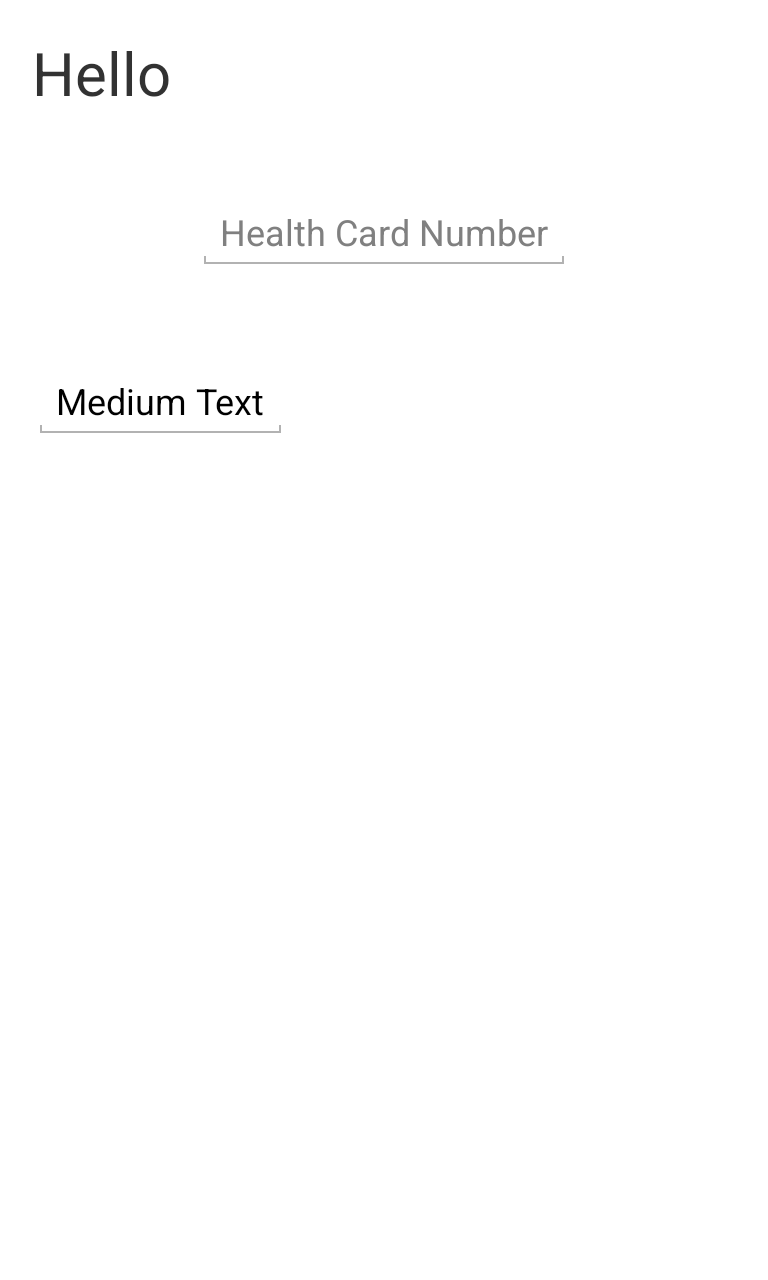
Repository: wangyuan0915/ER
Layout: workspace2/phase3/res/layout/activity_check_time.xml
These files come from the project's save history. The layout is drawn as it stood at one moment and after the next save; the edit follows.
It is drawn on a 768 x 1280 px phone screen (xhdpi) without system bars, with theme AppTheme; the app's code is not run.

Above is the layout before, as saved 2013-11-25 04:06:34.

After the next save:
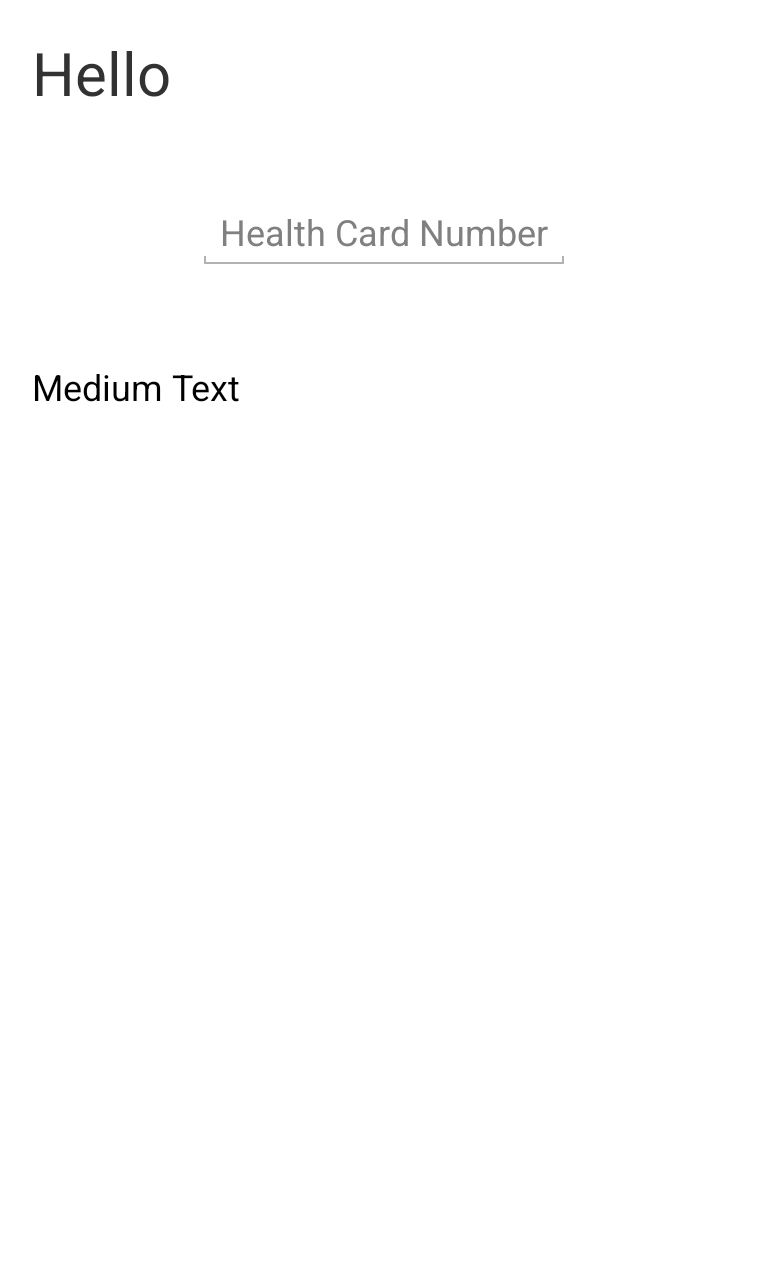
Saved 13 s later.
--- a/workspace2/phase3/res/layout/activity_check_time.xml
+++ b/workspace2/phase3/res/layout/activity_check_time.xml
@@ -25,7 +25,7 @@
         android:hint="@string/Health_Card_Number"
         android:textAppearance="?android:attr/textAppearanceMedium" />
 
-    <EditText
+    <TextView
         android:id="@+id/date1"
         android:layout_width="wrap_content"
         android:layout_height="wrap_content"
